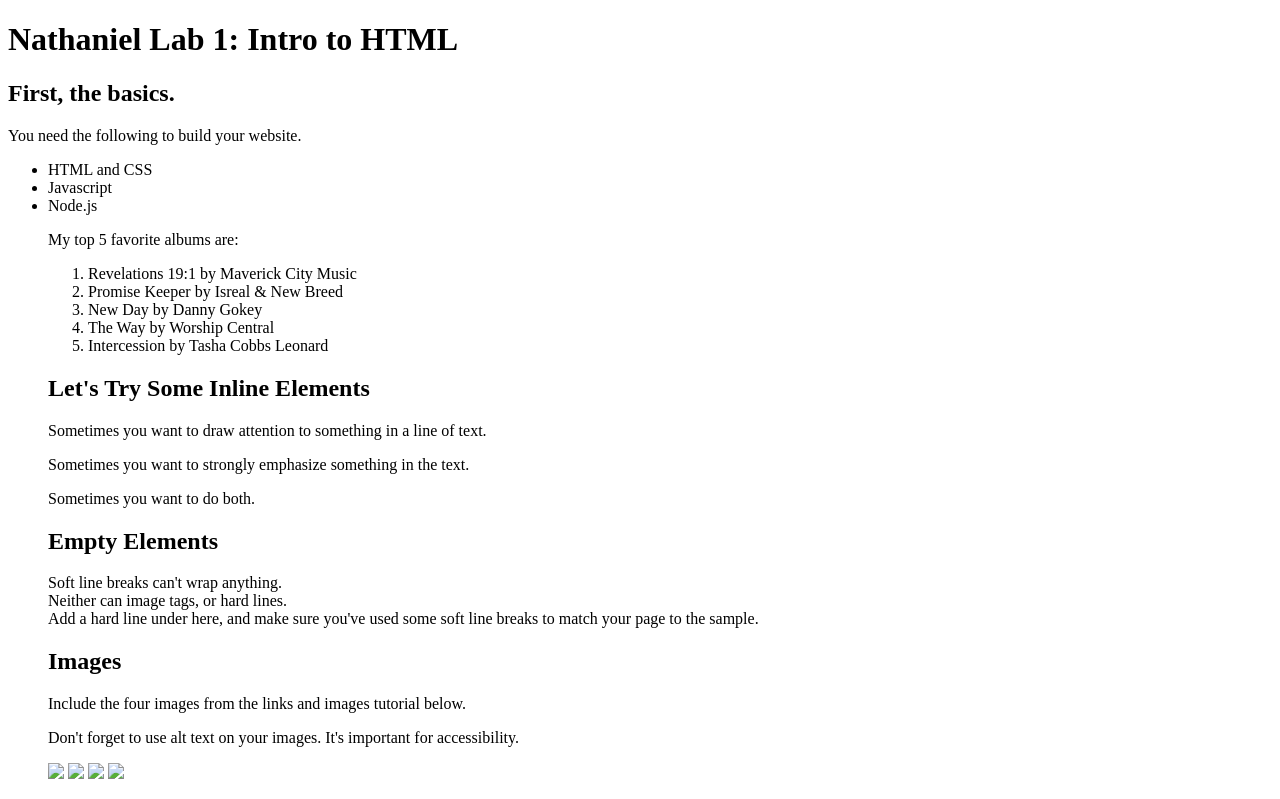
Repository: vnath22/INST377-Lab-Work
Page: client/lab_1/index.html
These files come from the project's save history. The page is drawn as it stood at one moment and after the next save; the edit follows.
The browser window is 1280 px wide. The pictures show the whole page.

Above is the page before, as saved 2022-01-28 10:51:16.
Not found: client/lab_1/onigiri_1.png
Not found: client/lab_1/onigiri_2.png
Not found: client/lab_1/onigiri_3.png

### client/lab_1/index.html
<!DOCTYPE html>
<html lang="en">
<head>
    <meta charset="UTF-8">
    <meta http-equiv="X-UA-Compatible" content="IE=edge">
    <meta name="viewport" content="width=device-width, initial-scale=1.0">
    <title>Victoria's lab 1</title>
</head>
<body>
    <h1>Nathaniel Lab 1: Intro to HTML</h1>

    <h2>First, the basics.</h2>

    <p>You need the following to build your website.</p>

    <ul>
        <li>HTML and CSS</li>
        <li>Javascript</li>
        <li>Node.js</li>
    </ol>

    <p>My top 5 favorite albums are: </p>

    <ol>

        <li>Revelations 19:1 by Maverick City Music</li>
        <li>Promise Keeper by Isreal & New Breed</li>
        <li>New Day by Danny Gokey</li>
        <li>The Way by Worship Central</li>
        <li>Intercession by Tasha Cobbs Leonard</li>
    </ol>

    <h2>Let's Try Some Inline Elements</h2>

    <p>Sometimes you want to draw attention to something in a line of text.</p>

    <p>Sometimes you want to strongly emphasize something in the text.</p>

    <p>Sometimes you want to do both.</p>

    <h2>Empty Elements</h2>

    <p>Soft line breaks can't wrap anything.<br/> Neither can image tags, or hard lines.<br/>
    Add a hard line under here, and make sure you've used some soft line breaks to match your page to the sample.</p>

    <h2>Images</h2>

    <p>Include the four images from the links and images tutorial below.</p>

    <p>Don't forget to use alt text on your images. It's important for accessibility.</p>

        <img src='onigiri_1.png'/>
        <img src='onigiri_2.png'/>
        <img src='onigiri_3.png'/>
        <img src='onigiri_4.png'/>

    <a href='https://github.com/vnath22/INST377-Lab-Work'>
</body>
</html>

After the next save:
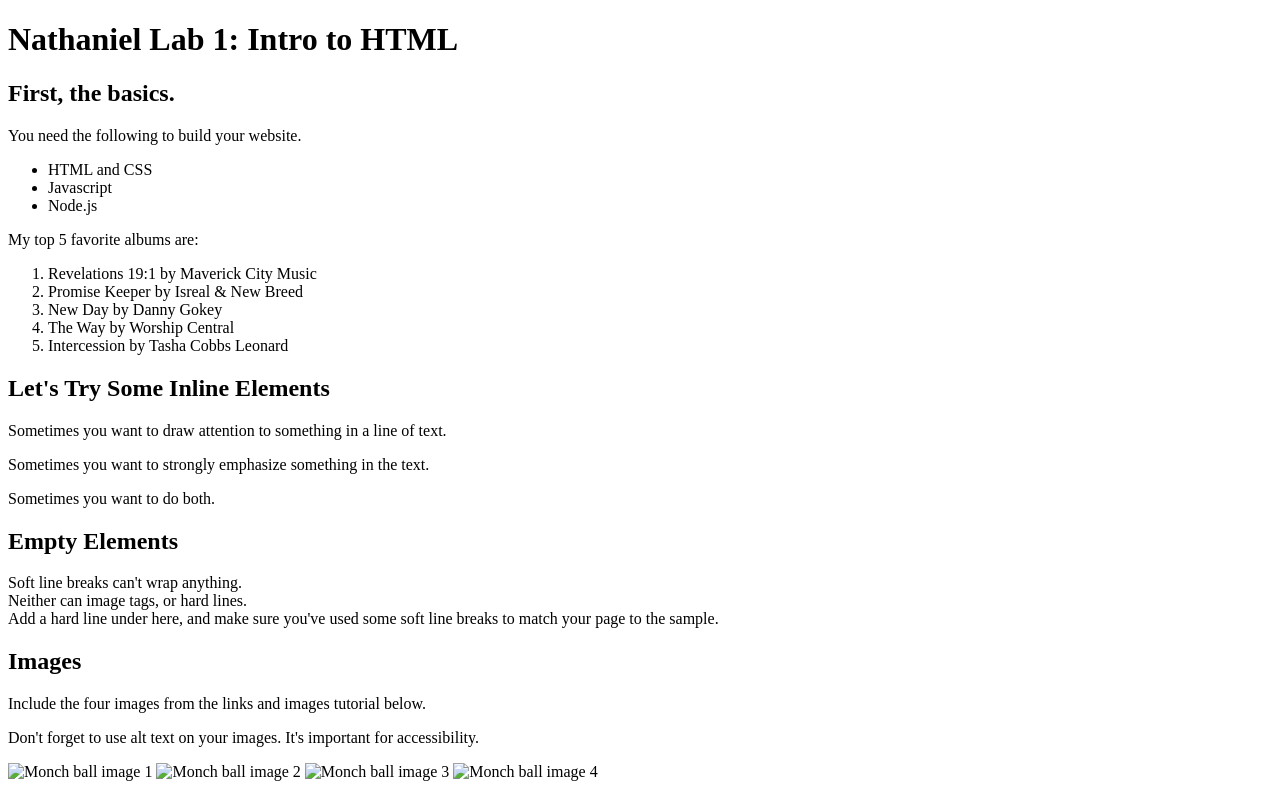
Not found: client/lab_1/mochi.gif
Not found: client/lab_1/mochi.png
Not found: client/lab_1/mochi.svg
Saved 76 min 14 s later.
--- a/client/lab_1/index.html
+++ b/client/lab_1/index.html
@@ -17,7 +17,7 @@
         <li>HTML and CSS</li>
         <li>Javascript</li>
         <li>Node.js</li>
-    </ol>
+    </ul>
 
     <p>My top 5 favorite albums are: </p>
 
@@ -49,10 +49,10 @@
 
     <p>Don't forget to use alt text on your images. It's important for accessibility.</p>
 
-        <img src='onigiri_1.png'/>
-        <img src='onigiri_2.png'/>
-        <img src='onigiri_3.png'/>
-        <img src='onigiri_4.png'/>
+        <img src='mochi.gif' width='75' alt='Monch ball image 1'/>
+        <img src='mochi.gif' width='75' alt='Monch ball image 2'/>
+        <img src='mochi.png' width='75' alt='Monch ball image 3'/>
+        <img src='mochi.svg' width='75' alt='Monch ball image 4'/>
 
     <a href='https://github.com/vnath22/INST377-Lab-Work'>
 </body>
